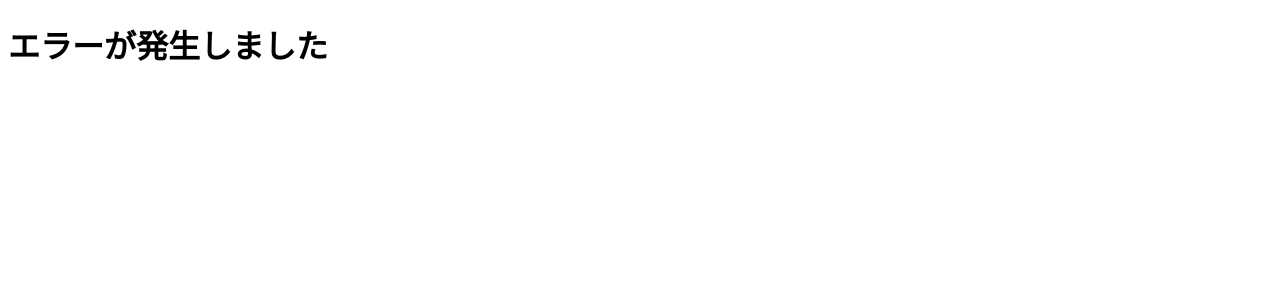
Repository: miyazato0410/test
Page: http://localhost/WebProj3/helloStrutsError.jsp
The author's editor kept a copy of each file at every save. The page is drawn from the files as they stood at one save, then again after the next save.
The browser window is 1280 px wide. The pictures show the whole page.
The page is served by Tomcat 9. Other server files are loaded and not shown.

Above is the page before, as saved 2019-10-23 12:13:54.

### WebProj3/WebContent/helloStrutsError.jsp
<%@ page language="java" contentType="text/html; charset=UTF-8"
    pageEncoding="UTF-8"%>
<%@ taglib prefix="s" uri="/struts-tags" %>
<!DOCTYPE html>
<html>
<head>
<meta charset="UTF-8">
<title>HelloStrutsError</title>
</head>
<body>
<h1>エラーが発生しました</h1>
<br>
<h3><s:property value="result"/></h3>
</body>
</html>

After the next save:
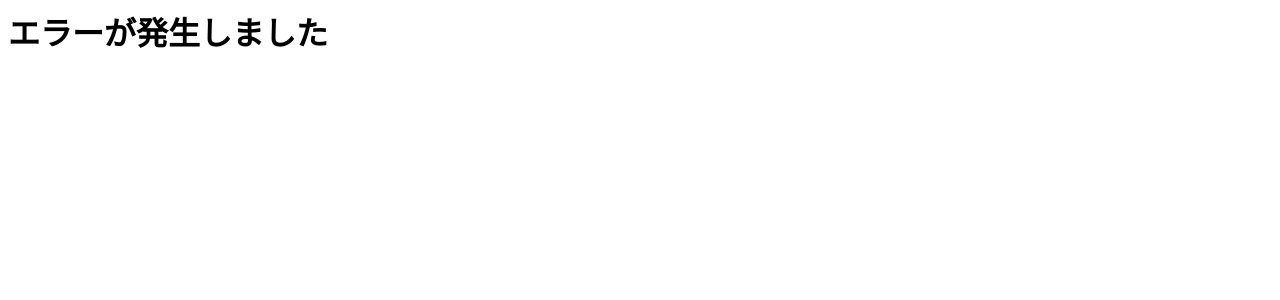
Saved 56 s later.
--- a/WebProj3/WebContent/helloStrutsError.jsp
+++ b/WebProj3/WebContent/helloStrutsError.jsp
@@ -1,7 +1,7 @@
 <%@ page language="java" contentType="text/html; charset=UTF-8"
-    pageEncoding="UTF-8"%>
-<%@ taglib prefix="s" uri="/struts-tags" %>
-<!DOCTYPE html>
+ pageEncoding="UTF-8"%>
+<%@ taglib prefix="s" uri="/struts-tags"%>
+<!DOCTYPE>
 <html>
 <head>
 <meta charset="UTF-8">
@@ -10,6 +10,6 @@
 <body>
 <h1>エラーが発生しました</h1>
 <br>
-<h3><s:property value="result"/></h3>
+<h3><s:property value="result" /></h3>
 </body>
 </html>
